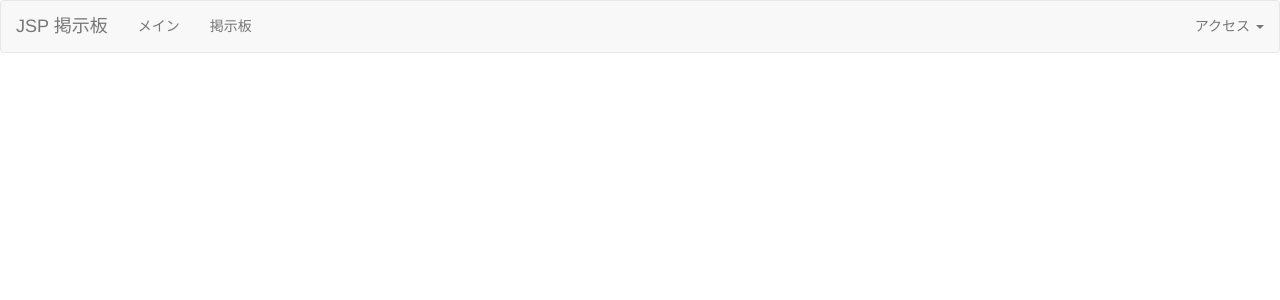
Repository: dengpu/JSP
Page: http://localhost/BBS/login.jsp
The author's editor kept a copy of each file at every save. The page is drawn from the files as they stood at one save, then again after the next save.
The browser window is 1280 px wide. The pictures show the whole page.
Some web libraries are served in a nearby version. The page is served by Tomcat 9.

Above is the page before, as saved 2017-05-15 02:11:31.

After the next save:
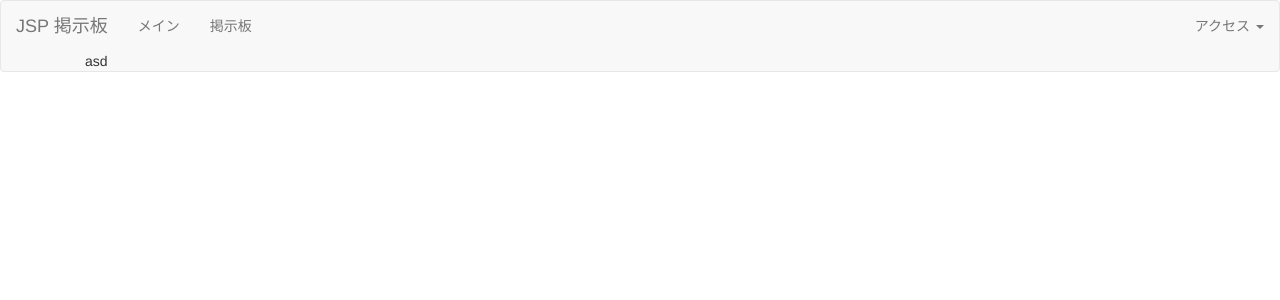
Saved 4 s later.
--- a/BBS/WebContent/login.jsp
+++ b/BBS/WebContent/login.jsp
@@ -41,7 +41,7 @@
 			</ul>
 		</div>
 		<div class="container">
-			<div class="col-lg-4"></div>
+			<div class="col-lg-4">asd</div>
 
 
 		</div>

After the save that followed:
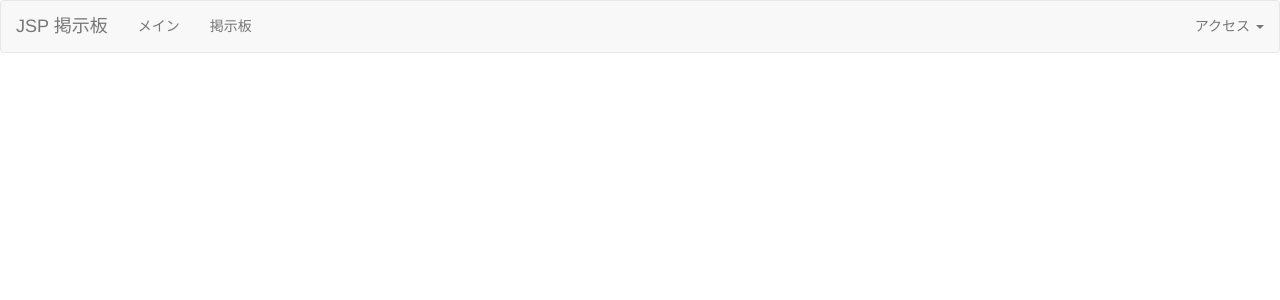
Saved 6 s later.
--- a/BBS/WebContent/login.jsp
+++ b/BBS/WebContent/login.jsp
@@ -41,7 +41,7 @@
 			</ul>
 		</div>
 		<div class="container">
-			<div class="col-lg-4">asd</div>
+			<div class="col-lg-4"></div>
 
 
 		</div>
